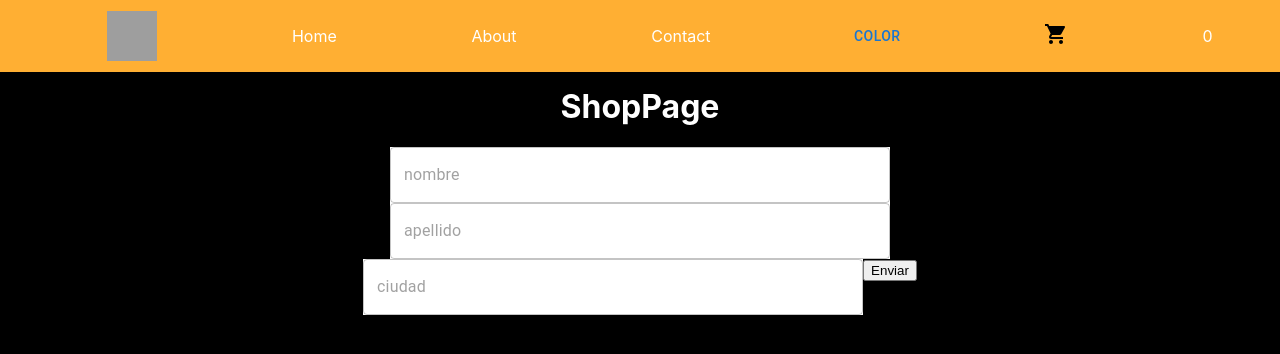
Repository: Toydrum/React-Hector-Coronado-EntregaFinal
Page: /shop
An editor plug-in stored every save of this project. The page is shown before and after the next save, followed by the edit.
The browser window is 1280 px wide. The pictures show the whole page.
Pictures or frames that could not be fetched are drawn as grey boxes. The project was rebuilt for these pictures with package versions that can differ from the ones it lists, and the page was loaded fresh each time. Also part of the build but not shown: vite.config.js, src/components/Button/Button.css, src/components/Button/Button.jsx, src/components/CardUser/CardUser.css, src/components/CardUser/CardUser.jsx, src/components/CardList/CardList.jsx, src/pages/HomePage/HomePage.jsx, src/pages/ContactPage/ContactPage.jsx and 4 more.

Above is the page before, as saved 2023-07-19 13:48:50.

### src/App.jsx
//import React from "react";
import "./App.css";
import { BrowserRouter as Router, Routes, Route } from "react-router-dom";

//Context
import GatosProvider from "./context/GatosContext";

//Components
import NavBar from "./components/Navbar/Navbar";
//import MenuColor from "./components/MenuColor/MenuColor";
//import CardUser from "./components/CardUser/CardUser";

//Pages
import HomePage from "./pages/HomePage/HomePage";
import ContactPage from "./pages/ContactPage/ContactPage";
import AboutPage from "./pages/AboutPage/AboutPage";
import DetailPage from "./pages/DetailPage/DetailPage";
import ShopPage from "./pages/ShopPage/ShopPage";

const App = () => {
  return (
    <Router>
      <GatosProvider>
        <div className="App">
          <NavBar />
          <Routes>
            <Route path="/" element={<HomePage />}></Route>
            <Route path="/About" element={<AboutPage />}></Route>
            <Route path="/Contact" element={<ContactPage />}></Route>
            <Route path="/detail/:id" element={<DetailPage />}></Route>
            <Route path="/shop" element={<ShopPage />}></Route>
          </Routes>
          <div className="Cards-Container"></div>
        </div>
      </GatosProvider>
    </Router>
  );
};

export default App;

### src/App.css
body{
  background-color: black;
}

.App {
  display: flex;
  flex-direction: column;
  justify-content: center;
}

.Cards-Container{
  display: flex;
  width: 100%;
  justify-content: center;
}

### src/context/GatosContext.jsx
// GatosContext.js

import { useState, createContext, useContext } from "react";
import PropTypes from "prop-types";

const GatosContext = createContext();
const initialState = {
  gatos: [],
  shoppingCart: [],
  gatosFilter: [],
};
const GatosProvider = ({ children }) => {
  const [items, setItems] = useState(initialState);
  console.log(items);
  return (
    <GatosContext.Provider value={[items, setItems]}>
      {children}
    </GatosContext.Provider>
  );
};

GatosProvider.propTypes = {
  children: PropTypes.node.isRequired,
};
export default GatosProvider;
export const useGatosContext = () => useContext(GatosContext);

### src/components/Navbar/Navbar.jsx
//import { useContext } from "react";
import "./Navbar.css";
import logo from "./cat-logo.svg";
import { Link } from "react-router-dom";
import CartWidget from "../CartWidget/CartWidget";
import MenuColor from "../MenuColor/MenuColor";
import { useGatosContext } from "../../context/GatosContext";

const NavBar = () => {
  const [items, setItems] = useGatosContext();

  return (
    <nav className="nav-container">
      <ul className="nav-ul">
        <img src={logo} alt="gatito" style={{ height: 50, width: 50 }} />
        <li className="li">
          <Link to="/" className="li">
            Home
          </Link>
        </li>
        <li className="li">
          <Link to="/about" className="li">
            About
          </Link>
        </li>
        <li className="li">
          <Link to="/contact" className="li">
            Contact
          </Link>
        </li>
        <li className="li">
          <MenuColor />
        </li>
        <li className="li">
          <Link to="/shop" className="li">
            <CartWidget className="li" />
          </Link>
        </li>
        <li className="li">{items.shoppingCart.length}</li>
      </ul>
    </nav>
  );
};

export default NavBar;

### src/pages/ShopPage/ShopPage.jsx
import { useState } from "react";
import TextField from "@mui/material/TextField";
import "./Styles.css";
import { addDoc } from "firebase/firestore";
import { useParams } from "react-router-dom";
import { db } from "../../firebase/firebaseConfig";
import { collection, query, getDocs } from "firebase/firestore";
import MessageSuccess from "../../components/MessageSuccess/MessageSuccess";
import CardUser from "../../components/CardUser/CardUser";
import { useGatosContext } from "../../context/GatosContext";

const ShopPage = () => {
  const [gatoState, setGatoState] = useGatosContext();
  const { id } = useParams();

  const initialState = {
    nombre: "",
    apellido: "",
    ciudad: "",
    gatos: gatoState.shoppingCart || [],
  };
  const [values, setValues] = useState(initialState);
  const [purchaseID, setPurchaseID] = useState("");
  const handleOnChange = (e) => {
    const { value, name } = e.target;
    setValues({
      ...values,
      [name]: value,
    });
  };

  const onSubmit = async (e) => {
    e.preventDefault();
    values.gatos = gatoState.shoppingCart;
    console.log(values);
    const docRef = await addDoc(collection(db, "compras"), {
      values,
    });
    setPurchaseID(docRef.id);
    //TODO: subir values a la base de datos
    setValues(initialState);
  };
  const eliminarGatito = (gato) => {
    console.log(gato);
    console.log(gatoState.shoppingCart);
    gatoState.shoppingCart = gatoState.shoppingCart.filter((g) => {
      return g.id !== gato.id;
    });
    console.log(gatoState.shoppingCart);
    setGatoState({
      gatos: gatoState.gatos || [],
      shoppingCart: gatoState.shoppingCart || [],
    });
  };
  console.log("Document written with ID: ", purchaseID);
  return (
    <>
      <div className="caja">
        <h1 className="titulo">ShopPage</h1>
        <form onSubmit={onSubmit}>
          <TextField
            name="nombre"
            className="campo"
            placeholder="nombre"
            value={values.nombre}
            onChange={handleOnChange}
          />
          <TextField
            name="apellido"
            className="campo"
            placeholder="apellido"
            value={values.apellido}
            onChange={handleOnChange}
          />
          <TextField
            name="ciudad"
            className="campo"
            placeholder="ciudad"
            value={values.ciudad}
            onChange={handleOnChange}
          />
          <button type="submit" onClick={onSubmit}>
            Enviar
          </button>
        </form>

        <div className="Cards-List">
          {gatoState.shoppingCart && gatoState.shoppingCart.length > 0 ? (
            gatoState.shoppingCart.map((gato) => {
              return (
                <div key={gato.id}>
                  <CardUser
                    data={gato}
                    handleData={eliminarGatito}
                    accion={"eliminar"}
                  />
                </div>
              );
            })
          ) : (
            <p>No hay gatos</p>
          )}
        </div>
        {purchaseID ? <MessageSuccess purchaseID={purchaseID} /> : null}
      </div>
    </>
  );
};

export default ShopPage;

### src/components/Navbar/Navbar.css
.nav-container {
  background-color: #FFAF33;
  height: 10vh;
  display: flex;
  width: 100%;
  justify-content: space-around;
  align-items: center;
}

.nav-ul {
  display: flex;
  width: 100%;
  justify-content: space-around;
  align-items: center;
}

.li {
  color: white;
  list-style-type: none;
  text-decoration: none;
}

### src/components/CartWidget/CartWidget.jsx
import ShoppingCartIcon from "@mui/icons-material/ShoppingCart";

const CartWidget = () => {
  return (
    <div style={{ color: "black" }}>
      <ShoppingCartIcon />
    </div>
  );
};

export default CartWidget;

### src/components/MenuColor/MenuColor.jsx
import * as React from "react";

import Button from "@mui/material/Button";
import Menu from "@mui/material/Menu";
import MenuItem from "@mui/material/MenuItem";
import { useGatosContext } from "../../context/GatosContext";

const MenuColor = () => {
  const [anchorEl, setAnchorEl] = React.useState(null);
  const open = Boolean(anchorEl);
  const handleClick = (event) => {
    setAnchorEl(event.currentTarget);
  };

  const handleClose = () => {
    setAnchorEl(null);
  };
  return (
    <div>
      <Button
        id="demo-positioned-button"
        aria-controls={open ? "demo-positioned-menu" : undefined}
        aria-haspopup="true"
        aria-expanded={open ? "true" : undefined}
        onClick={handleClick}
      >
        Color
      </Button>
      <Menu
        id="demo-positioned-menu"
        aria-labelledby="demo-positioned-button"
        anchorEl={anchorEl}
        open={open}
        onClose={handleClose}
        anchorOrigin={{
          vertical: "top",
          horizontal: "left",
        }}
        transformOrigin={{
          vertical: "top",
          horizontal: "left",
        }}
      >
        <MenuItem onClick={handleClose}>Blanco</MenuItem>
        <MenuItem onClick={handleClose}>Rayado</MenuItem>
        <MenuItem onClick={handleClose}>Naranja</MenuItem>
      </Menu>
    </div>
  );
};

export default MenuColor;

### src/pages/ShopPage/Styles.css
.campo{
  display: flex;
  flex-flow: column;
  width: 500px;
  background-color : white;
  color: black;
  margin-right: auto;
  margin-left: auto;
}

.caja{
  display: flex;
  flex-flow: column;
  justify-content: center;
  text-align: center;
  width: 51%;
  height: 40vh;
  margin-right: auto;
  margin-left: auto;
  color:black;
}

.titulo{
  color: white;
}

### src/firebase/firebaseConfig.js
// Import the functions you need from the SDKs you need
import { initializeApp } from "firebase/app";
//import { getAnalytics } from "firebase/analytics";
// TODO: Add SDKs for Firebase products that you want to use
// https://firebase.google.com/docs/web/setup#available-libraries
import { getFirestore } from "firebase/firestore";
// Your web app's Firebase configuration
// For Firebase JS SDK v7.20.0 and later, measurementId is optional
const firebaseConfig = {
  apiKey: "AIzaSyCLSk1f1K6dPfkavJgb9mdon9PDEPSR80U",
  authDomain: "gatitos-7f5b2.firebaseapp.com",
  projectId: "gatitos-7f5b2",
  storageBucket: "gatitos-7f5b2.appspot.com",
  messagingSenderId: "577315722745",
  appId: "1:577315722745:web:28034b8baa1dc0c2115928",
  measurementId: "G-DZQ36RVP49",
};

// Initialize Firebase
const app = initializeApp(firebaseConfig);
//const analytics = getAnalytics(app);
export const db = getFirestore(app);

### src/components/CardList/CardList.css
.Cards-List{
  display: grid;
  justify-content: space-around;
  align-content: space-around;
  align-items: center;
  grid-template-columns: 1fr 1fr 1fr 1fr;
}

Loaded but not shown: index.html (common file); src/main.jsx (common file); src/index.css (common file)

After the next save:
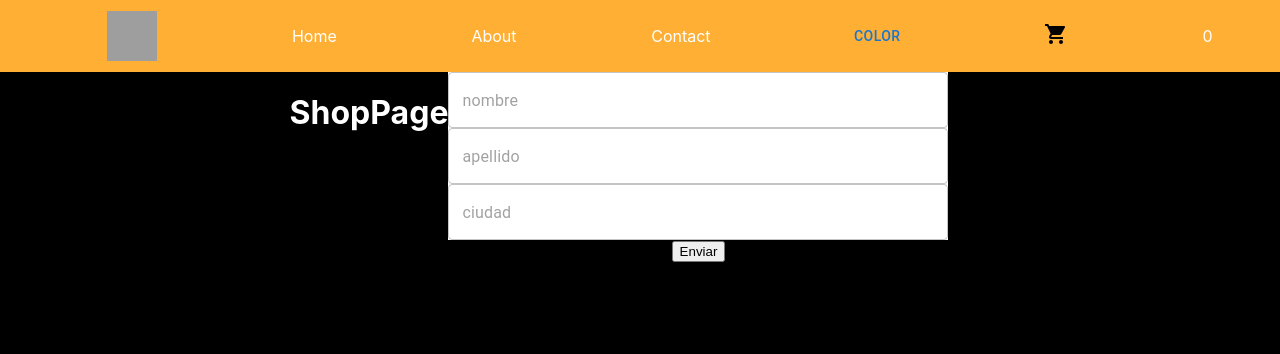
Saved 2 min 25 s later.
--- a/src/pages/ShopPage/Styles.css
+++ b/src/pages/ShopPage/Styles.css
@@ -1,6 +1,5 @@
 .campo{
   display: flex;
-  flex-flow: column;
   width: 500px;
   background-color : white;
   color: black;
@@ -10,7 +9,6 @@
 
 .caja{
   display: flex;
-  flex-flow: column;
   justify-content: center;
   text-align: center;
   width: 51%;

After the save that followed:
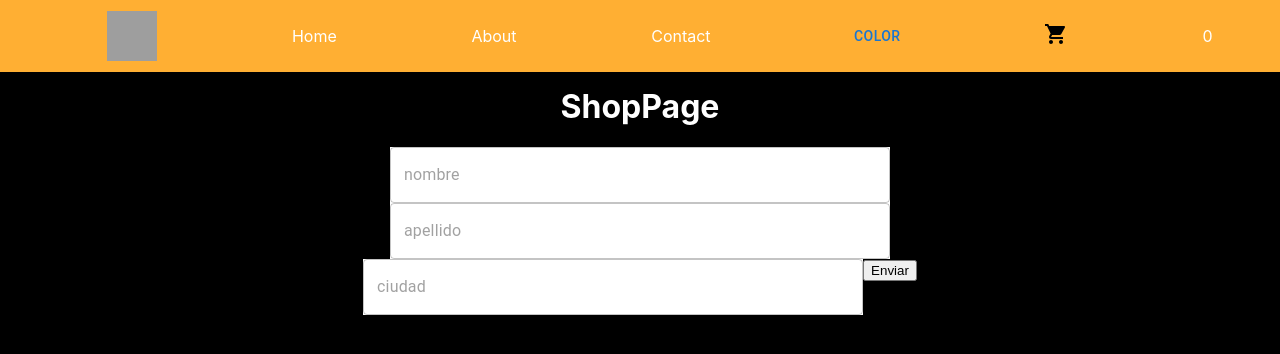
Saved 62 s later.
--- a/src/pages/ShopPage/Styles.css
+++ b/src/pages/ShopPage/Styles.css
@@ -9,6 +9,7 @@
 
 .caja{
   display: flex;
+  flex-flow: column;
   justify-content: center;
   text-align: center;
   width: 51%;
